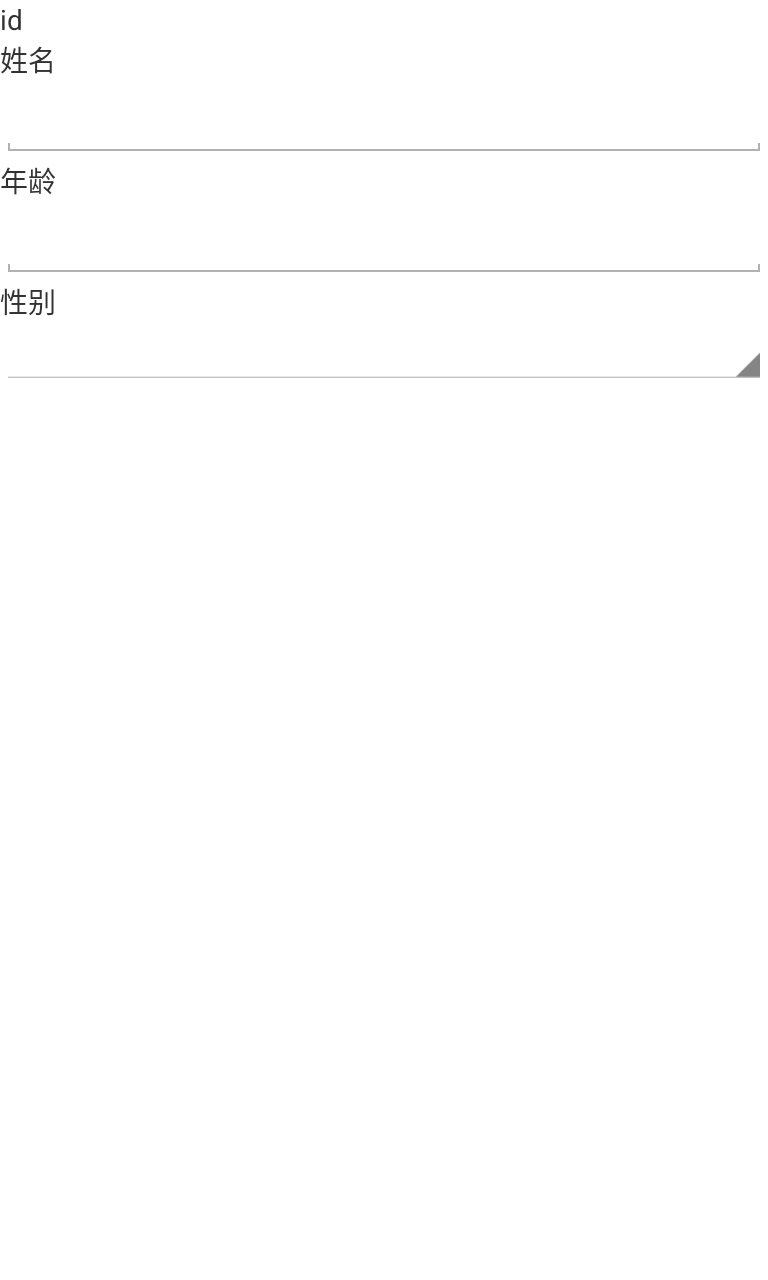
Repository: superlikex/Android_task
Layout: DatabaseTest/res/layout/activity_set.xml
An editor plug-in stored every save of this project. The layout is shown before and after a run of saves, followed by the edit.
It is drawn on a 768 x 1280 px phone screen (xhdpi) without system bars, with theme AppTheme; the app's code is not run.

Above is the layout before, as saved 2015-12-06 06:11:42.

### DatabaseTest/res/layout/activity_set.xml
<?xml version="1.0" encoding="utf-8"?>
<LinearLayout xmlns:android="http://schemas.android.com/apk/res/android"
    android:layout_width="match_parent"
    android:layout_height="match_parent"
    android:orientation="vertical" >
       <TextView
        android:id="@+id/text_id"
        android:layout_width="wrap_content"
        android:layout_height="wrap_content"
        android:text="id" />

     <TextView
        android:id="@+id/text_name"
        android:layout_width="wrap_content"
        android:layout_height="wrap_content"
        android:text="姓名" />

    <EditText
        android:id="@+id/edit_name"
        android:layout_width="match_parent"
        android:layout_height="wrap_content"
        android:ems="10" >


    </EditText>

    <TextView
        android:id="@+id/text_age"
        android:layout_width="wrap_content"
        android:layout_height="wrap_content"
        android:text="年龄" />

    <EditText
        android:id="@+id/edit_age"
        android:layout_width="match_parent"
        android:layout_height="wrap_content"
        android:ems="10"
        android:inputType="number" />

    <TextView
        android:id="@+id/text_sex"
        android:layout_width="wrap_content"
        android:layout_height="wrap_content"
        android:text="性别" />

    <Spinner
        android:id="@+id/spin_sex"
        android:layout_width="match_parent"
        android:layout_height="wrap_content" />



</LinearLayout>

Loaded but not shown: DatabaseTest/res/values/styles.xml (common file); DatabaseTest/res/values-v11/styles.xml (common file); DatabaseTest/res/values-v14/styles.xml (common file)

After the next 2 saves:
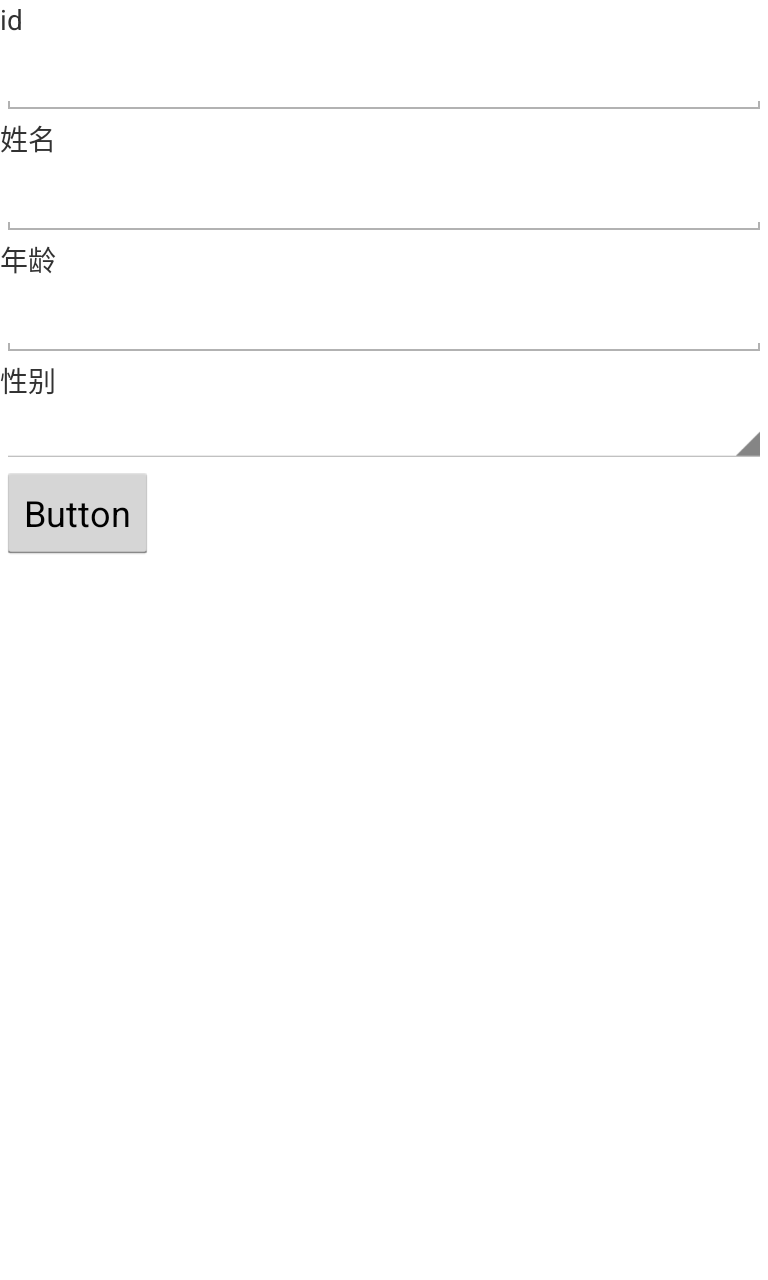
The 2 saves are shown as one change because 1 did not build or start.
The last was saved 64 s later.
--- a/DatabaseTest/res/layout/activity_set.xml
+++ b/DatabaseTest/res/layout/activity_set.xml
@@ -8,6 +8,15 @@
         android:layout_width="wrap_content"
         android:layout_height="wrap_content"
         android:text="id" />
+
+         <EditText
+        android:id="@+id/edit_id"
+        android:layout_width="match_parent"
+        android:layout_height="wrap_content"
+        android:ems="10" >
+        </EditText>
+
+
 
      <TextView
         android:id="@+id/text_name"
@@ -48,6 +57,10 @@
         android:layout_width="match_parent"
         android:layout_height="wrap_content" />
 
-
+    <Button
+        android:id="@+id/button1"
+        android:layout_width="wrap_content"
+        android:layout_height="wrap_content"
+        android:text="Button" />
 
 </LinearLayout>
